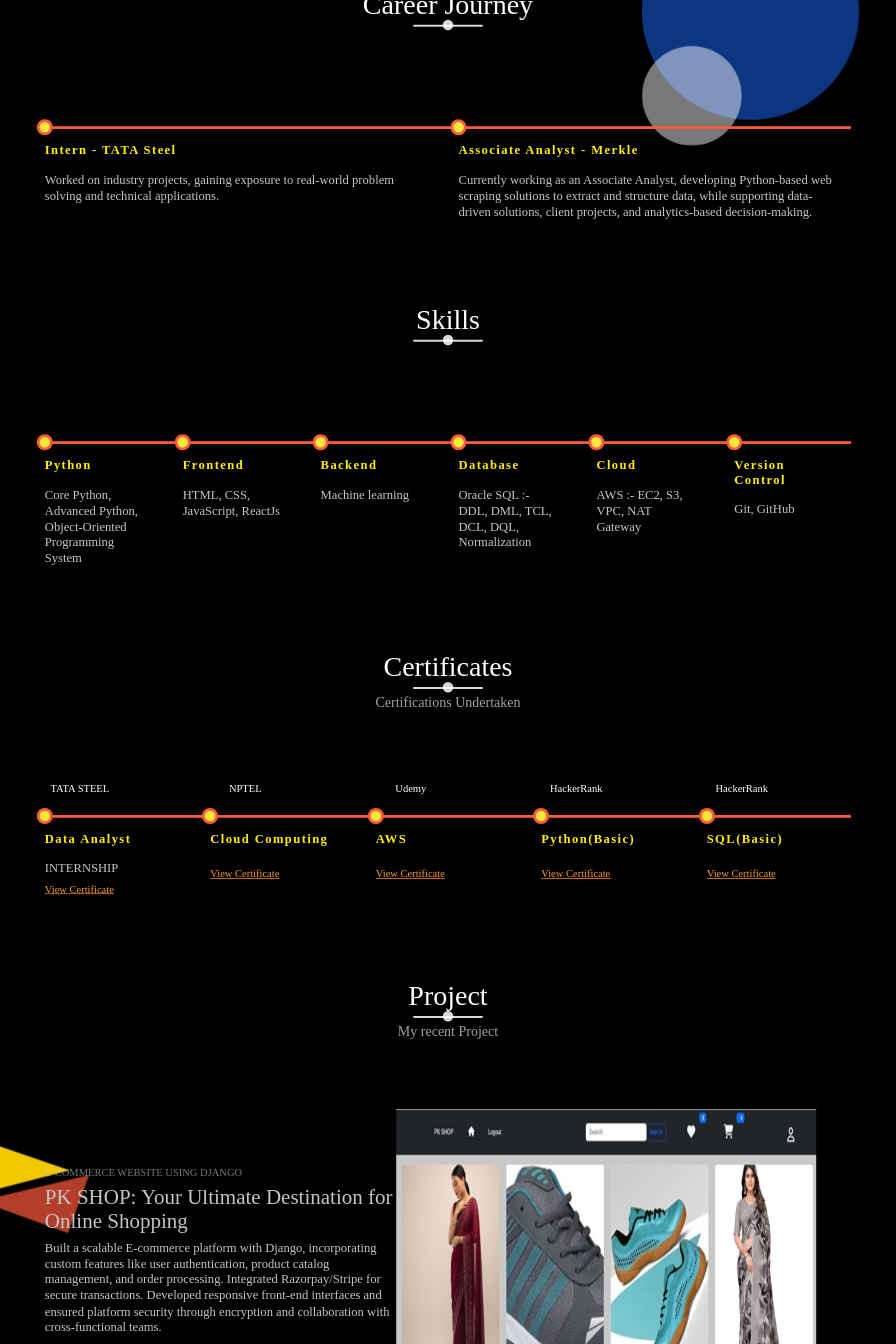
Repository: purushottam7660/Portfolio
Page: index.html
The author's editor kept a copy of each file at every save. The page is drawn from the files as they stood at one save, then again after a run of saves.
The browser window is 1280 px wide. The pictures show the part of the page from y = 1285 to 3205 px (the page is 6904 px tall before and 6927 px after), at 70% of full size.
A picture or video elsewhere on the page could not be fetched, so the positions and the page height are approximate. Some web fonts or font styles are not loaded; a fallback is used.

Above is the page before, as saved 2025-08-16 14:35:56.

After the next 2 saves:
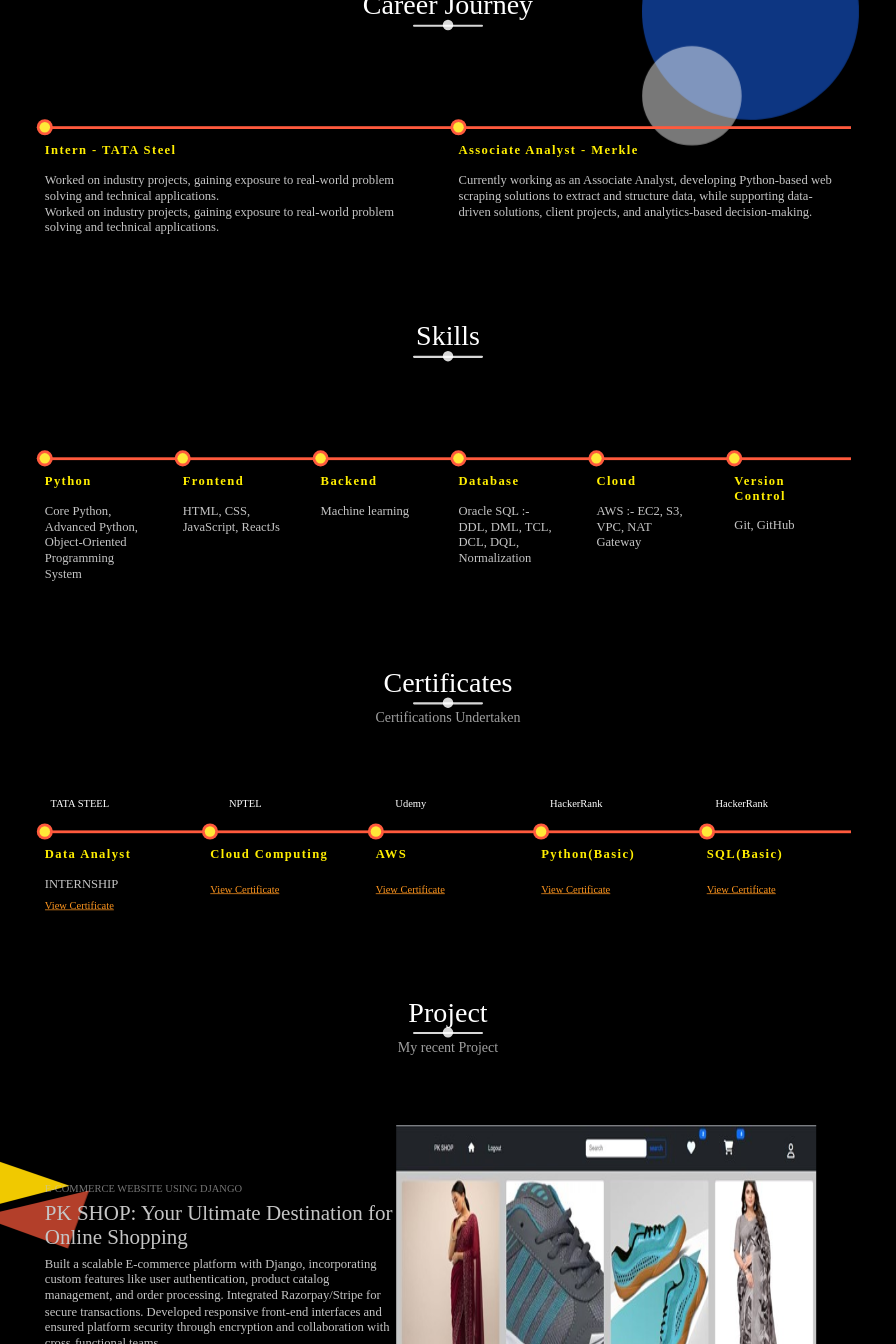
The 2 saves are shown as one change because they came seconds apart.
The last was saved 97 s later.
--- a/index.html
+++ b/index.html
@@ -161,6 +161,8 @@
                     <h3>Intern - TATA Steel</h3>
                     <p>Worked on industry projects, gaining exposure to real-world problem solving and technical
                         applications.</p>
+                    <p>Worked on industry projects, gaining exposure to real-world problem solving and technical
+                        applications.</p>
                 </div>
 
                 <div class="skill" data-aos="fade-right" data-aos-delay="600ms">

After the 4 saves that followed:
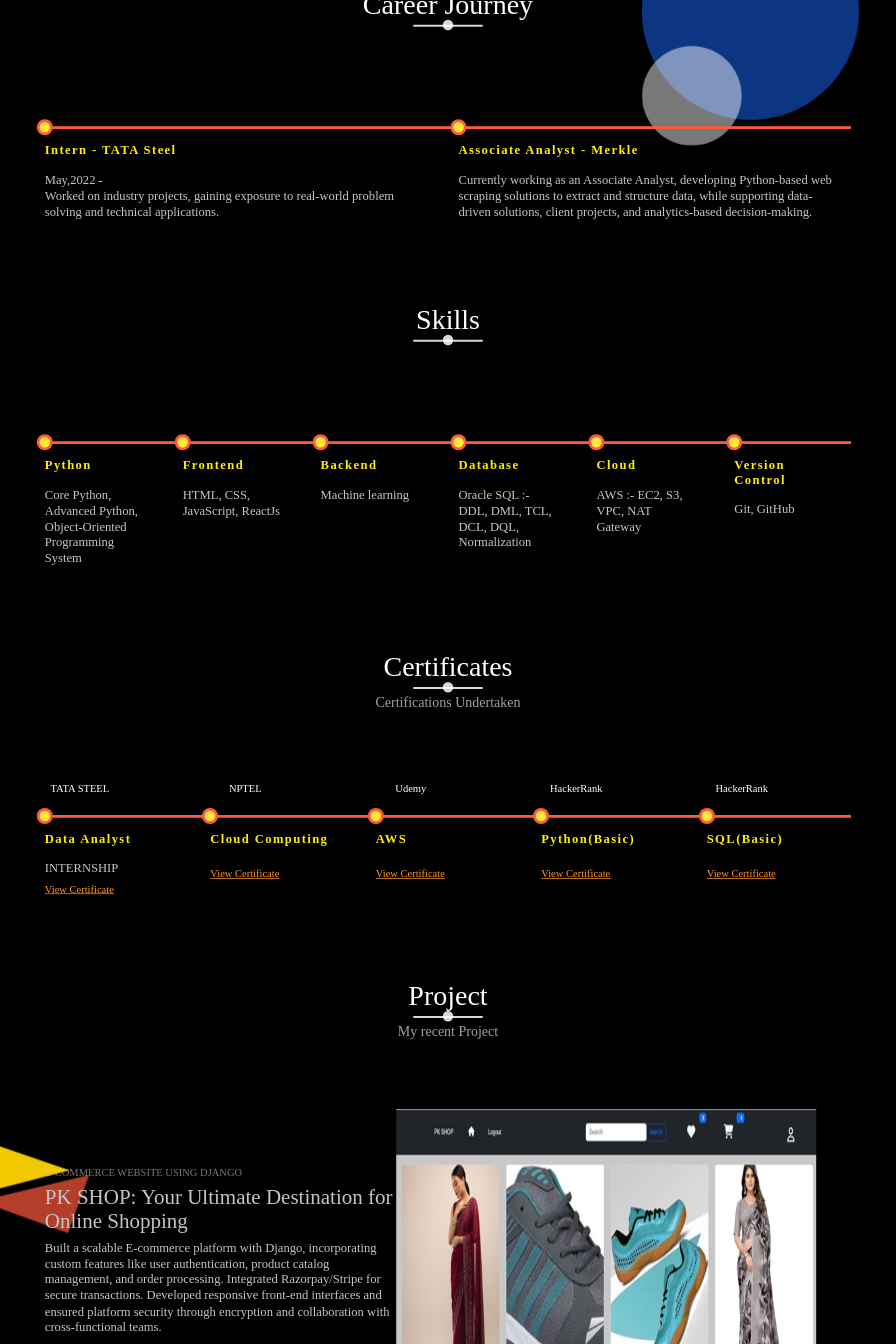
The 4 saves are shown as one change because they came seconds apart.
The last was saved 14 s later.
--- a/index.html
+++ b/index.html
@@ -159,8 +159,7 @@
             <div class="my-skills">
                 <div class="skill" data-aos="fade-right" data-aos-delay="300ms">
                     <h3>Intern - TATA Steel</h3>
-                    <p>Worked on industry projects, gaining exposure to real-world problem solving and technical
-                        applications.</p>
+                    <p>May,2022 - </p>
                     <p>Worked on industry projects, gaining exposure to real-world problem solving and technical
                         applications.</p>
                 </div>
